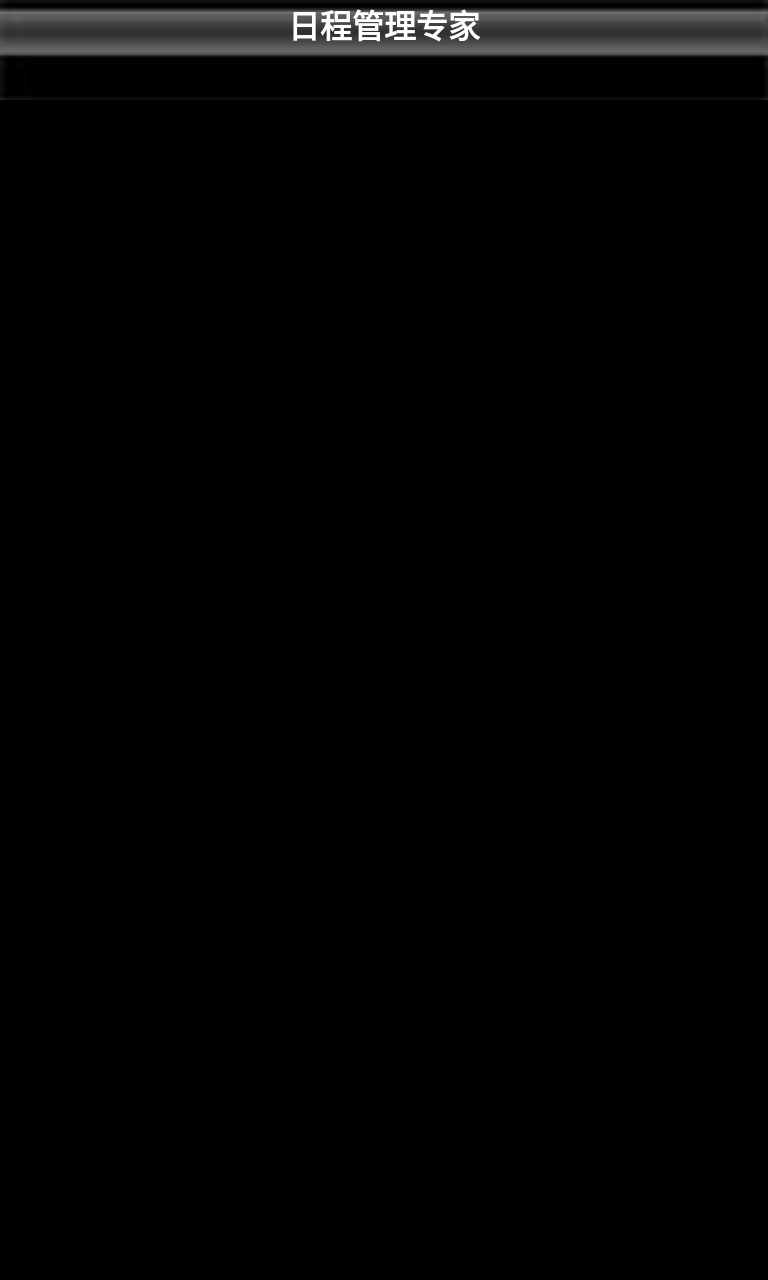
Repository: gogolaile/CoolWeather
Layout: DayDel/res/layout/activity_main.xml
The author's editor kept a copy of each file at every save. The layout is drawn from the files as they stood at one save, then again after the next save.
It is drawn on a 768 x 1280 px phone screen (xhdpi) without system bars, with theme android:Theme.NoTitleBar.Fullscreen; the app's code is not run.

Above is the layout before, as saved 2015-12-04 09:15:28.

### DayDel/res/layout/activity_main.xml
<LinearLayout xmlns:android="http://schemas.android.com/apk/res/android"
    android:layout_width="match_parent"
    android:layout_height="match_parent"
    android:orientation="vertical">

    <FrameLayout
        android:layout_width="match_parent"
        android:layout_height="50dp"
        android:background="@drawable/title">
    <TextView
        android:layout_width="wrap_content"
        android:layout_height="wrap_content"
        android:text="@string/day_manager"
        android:textSize="16sp"
        android:textColor="#FFFF"
        android:textStyle="bold"
        android:layout_gravity="center_horizontal"
        />
     </FrameLayout>
</LinearLayout>

### DayDel/res/values/strings.xml
<?xml version="1.0" encoding="utf-8"?>
<resources>

    <string name="app_name">DayDel</string>
    <string name="hello_world">Hello world!</string>
    <string name="action_settings">Settings</string>
    <string name="day_manager">日程管理专家</string>

</resources>

After the next save:
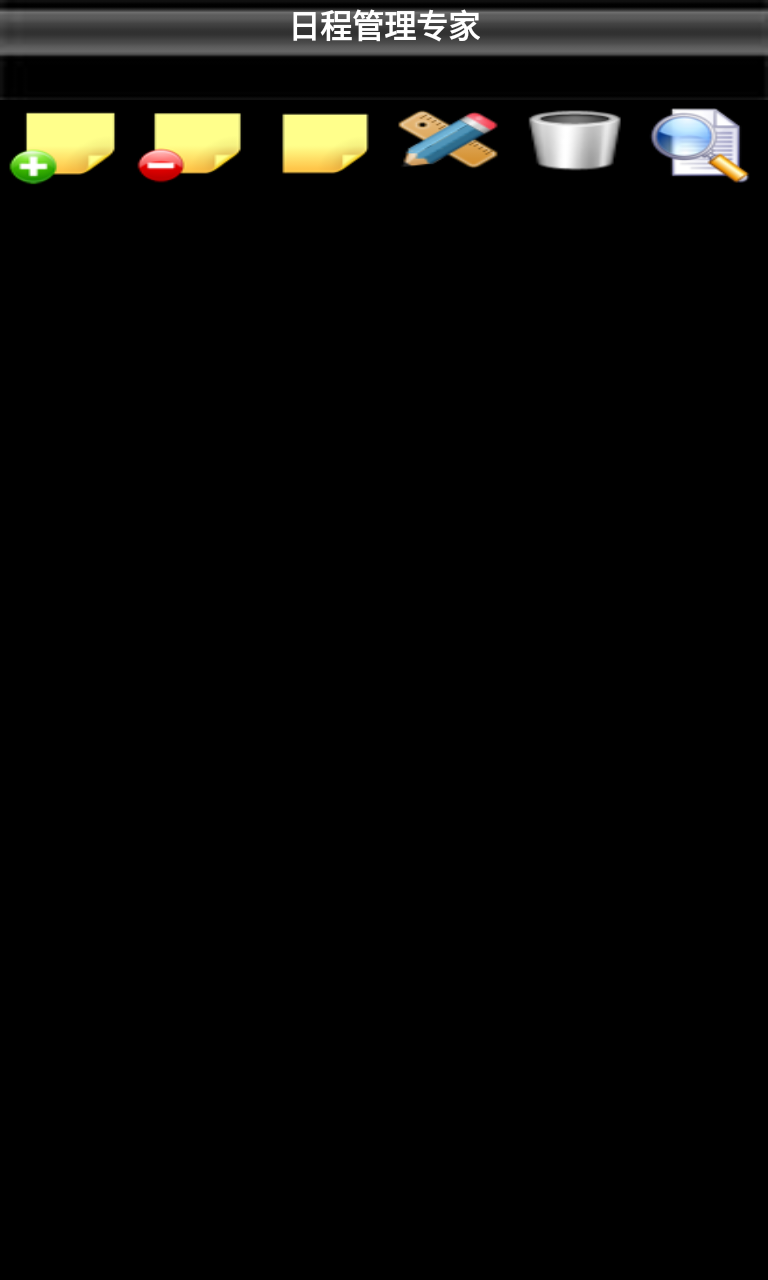
Saved 4 min 40 s later.
--- a/DayDel/res/layout/activity_main.xml
+++ b/DayDel/res/layout/activity_main.xml
@@ -17,4 +17,45 @@
         android:layout_gravity="center_horizontal"
         />
      </FrameLayout>
+     <LinearLayout
+         android:layout_width="match_parent"
+         android:layout_height="wrap_content"
+         android:orientation="horizontal">
+         <ImageButton
+             android:layout_width="0dp"
+             android:layout_height="wrap_content"
+             android:layout_weight="1"
+             android:layout_margin="4dp"
+             android:background="@drawable/newone"/>
+                  <ImageButton
+             android:layout_width="0dp"
+             android:layout_height="wrap_content"
+             android:layout_weight="1"
+             android:layout_margin="4dp"
+             android:background="@drawable/delete"/>
+                           <ImageButton
+             android:layout_width="0dp"
+             android:layout_height="wrap_content"
+             android:layout_weight="1"
+             android:layout_margin="4dp"
+             android:background="@drawable/check"/>
+                                    <ImageButton
+             android:layout_width="0dp"
+             android:layout_height="wrap_content"
+             android:layout_weight="1"
+             android:layout_margin="4dp"
+             android:background="@drawable/edit"/>
+                                             <ImageButton
+             android:layout_width="0dp"
+             android:layout_height="wrap_content"
+             android:layout_weight="1"
+             android:layout_margin="4dp"
+             android:background="@drawable/deleteall"/>
+                                                      <ImageButton
+             android:layout_width="0dp"
+             android:layout_height="wrap_content"
+             android:layout_weight="1"
+             android:layout_margin="4dp"
+             android:background="@drawable/search"/>
+     </LinearLayout>
 </LinearLayout>
